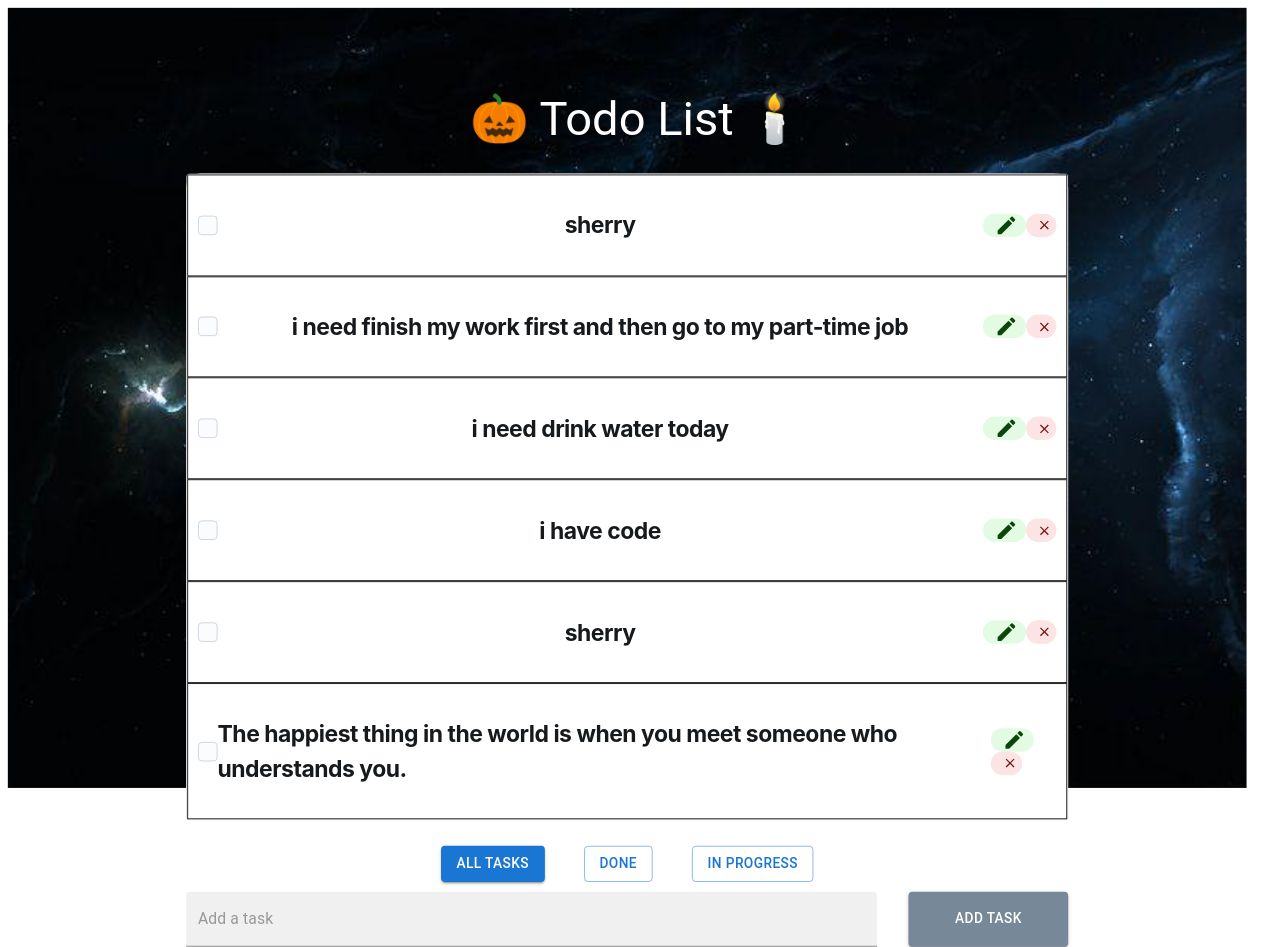
Repository: Tracy-maker/TodoList
Page: /
These files come from the project's save history. The page is drawn as it stood at one moment and after the next save; the edit follows.
The browser window is 1280 px wide. The page is 1292 px wide, so the pictures cover 1292 px, including what lies to the right of the window. The pictures show the whole page, at 98% of full size.
The project was rebuilt for these pictures with package versions that can differ from the ones it lists, and the page was loaded fresh each time. Requests to the local data server were answered from the project's data file. Also part of the build but not shown: src/components/TaskEdit.js.

Above is the page before, as saved 2023-09-20 11:54:16.

### public/index.html
<!DOCTYPE html>
<html lang="en">
  <head>
    <meta charset="utf-8" />
    <link rel="icon" href="%PUBLIC_URL%/favicon.ico" />
    <meta name="viewport" content="width=device-width, initial-scale=1" />
    <meta name="theme-color" content="#000000" />
    <meta
      name="description"
      content="Web site created using create-react-app"
    />
    <link rel="apple-touch-icon" href="%PUBLIC_URL%/logo192.png" />
    <!--
      manifest.json provides metadata used when your web app is installed on a
      user's mobile device or desktop. See https://developers.google.com/web/fundamentals/web-app-manifest/
    -->
    <link rel="manifest" href="%PUBLIC_URL%/manifest.json" />
    <link href="https://fonts.googleapis.com/css2?family=Montserrat:wght@300;400;500&amp;display=swap" rel="stylesheet">
    <!--
      Notice the use of %PUBLIC_URL% in the tags above.
      It will be replaced with the URL of the `public` folder during the build.
      Only files inside the `public` folder can be referenced from the HTML.

      Unlike "/favicon.ico" or "favicon.ico", "%PUBLIC_URL%/favicon.ico" will
      work correctly both with client-side routing and a non-root public URL.
      Learn how to configure a non-root public URL by running `npm run build`.
    -->
    <title>React App</title>
  </head>
  <body>
    <noscript>You need to enable JavaScript to run this app.</noscript>
    <div id="root"></div>
    <!--
      This HTML file is a template.
      If you open it directly in the browser, you will see an empty page.

      You can add webfonts, meta tags, or analytics to this file.
      The build step will place the bundled scripts into the <body> tag.

      To begin the development, run `npm start` or `yarn start`.
      To create a production bundle, use `npm run build` or `yarn build`.
    -->
  </body>
</html>

### src/App.js
import { useState, useEffect } from "react";
import axios from "axios";
import CreateTask from "./components/CreateTask";
import TaskList from "./components/TaskList";
import { Box, Stack } from "@mui/material";
import styled from "styled-components";
import Typography from "@mui/material/Typography";
import TaskButton from "./components/TaskButton";
import Image1 from "./image/7.jpg";

const StyledContainer = styled(Stack)`
  height: 100vh;
  width: 100%;
  display: flex;
  align-items: stretch;
  padding-top: 6%;
  background-image: url(${Image1});
  background-size: cover;
  background-repeat: no-repeat;
`;

const TaskForm = styled(Box)`
  margin-left: auto;
  margin-right: auto;
  width: 900px;
  background-color: white;
  border-radius: 15px;
  @media (max-width: 768px) {
    width: 100%;
  }
`;
const Title = styled(Typography)`
  color: white;
  margin: auto;
  width: 100%;
  padding: 10px;
  text-align: center;
`;

function App() {
  const [tasks, setTasks] = useState([]);
  const [filter, setFilter] = useState("all");

  const fetchTask = async () => {
    const response = await axios.get("http://localhost:3001/tasks");
    setTasks(response.data);
  };

  useEffect(() => {
    fetchTask();
  }, []);

  const createTask = async (title) => {
    const response = await axios.post("http://localhost:3001/tasks", {
      title,
      status: "inProgress",
    });
    const updatedTasks = [...tasks, response.data];
    setTasks(updatedTasks);
  };

  const deleteTasksById = async (id) => {
    await axios.delete(`http://localhost:3001/tasks/${id}`);
    const updatedTasks = tasks.filter((task) => {
      return task.id !== id;
    });
    setTasks(updatedTasks);
  };

  const editTaskById = async (id, newTitle) => {
    const response = await axios.put(`http://localhost:3001/tasks/${id}`, {
      title: newTitle,
    });

    const updatedTasks = tasks.map((task) => {
      if (task.id === id) {
        return {
          ...task,
          ...response.data,
        };
      }
      return tasks;
    });
    setTasks(updatedTasks);
  };

  const handleFilterTasks = (filter) => {
    setFilter(filter);
  };

  let filteredTasks = tasks;
  if (filter !== "all") {
    filteredTasks = tasks.filter((task) => task.status === filter);
  }

  const toggleCheckedBoxById = (id) => {
    const updatedTasks = tasks.map((task) => {
      if (task.id === id) {
        let nextStatus;
        if (task.status === "done") {
          nextStatus = "inProgress";
        } else {
          nextStatus = "done";
        }
        return {
          ...task,
          status: nextStatus,
        };
      }
      return task;
    });
    setTasks(updatedTasks);
  };

  return (
    <StyledContainer>
      <Title variant="h3" gutterBottom>
      🎃 Todo List 🕯️
      </Title>
      <TaskForm>
        <TaskList
          toggleCheckedBoxById={toggleCheckedBoxById}
          tasks={filteredTasks}
          onDelete={deleteTasksById}
          onEdit={editTaskById}
        />
        <TaskButton defaultValue={filter} onFilterChange={handleFilterTasks} />
        <CreateTask onCreate={createTask} />
      </TaskForm>
    </StyledContainer>
  );
}
export default App;

### src/components/CreateTask.js
import * as React from "react";
import Stack from "@mui/material/Stack";
import TextField from "@mui/material/TextField";
import Button from "@mui/material/Button";
import { useState } from "react";


function CreateTask(props) {
  const [title, setTitle] = useState("");

  const handleChange = (event) => {
    setTitle(event.target.value);
  };

  const handleSubmit = (event) => {
    event.preventDefault();
    if (title.trim() !== "") {
      props.onCreate(title);
      setTitle("");
    }
  };

  return (
    <Stack onSubmit={handleSubmit} component="form" direction="row" spacing={4}>
      <TextField
        value={title}
        onChange={handleChange}
        fullWidth
        hiddenLabel
        placeholder="Add a task"
        variant="filled"
      />
      <Button
        sx={{
          width: "25ch",
          backgroundColor: "#778899",
        }}
        type="submit"
        variant="contained"
      >
        Add Task
      </Button>
    </Stack>
  );
}

export default CreateTask;

### src/components/TaskList.js
import * as React from "react";
import { Paper, Box } from "@mui/material";
import TaskShow from "./TaskShow";



function TaskList(props) {

  const renderedTasksList = props.tasks.map((task) => {
    return (
      <TaskShow
        key={task.id}
        task={task}
        onDelete={props.onDelete}
        onEdit={props.onEdit}
        toggleCheckedBoxById={props.toggleCheckedBoxById}
      />
    );
  });

  return (
    <Box mb={2}>
      <Paper variant="outlined">{renderedTasksList}</Paper>
    </Box>
  );
}
export default TaskList;

### src/components/TaskButton.js
import * as React from "react";
import { Box, Button } from "@mui/material";
import styled from "styled-components";

const ButtonNavigationBar = styled(Box)`
  display: flex;
  justify-content: center;
  gap: 40px;
  padding: 10px;
`;

function TaskButton(props) {
  return (
    <ButtonNavigationBar>
      <Button
        variant={props.defaultValue === "all" ? "contained" : "outlined"}
        onClick={() => props.onFilterChange("all")}
      >
        All Tasks
      </Button>
      <Button
        variant={props.defaultValue === "done" ? "contained" : "outlined"}
        onClick={() => props.onFilterChange("done")}
      >
        Done
      </Button>
      <Button
        variant={props.defaultValue === "inProgress" ? "contained" : "outlined"}
        onClick={() => props.onFilterChange("inProgress")}
      >
        In Progress
      </Button>
    </ButtonNavigationBar>
  );
}
export default TaskButton;

### src/components/TaskShow.js
import * as React from "react";
import { useState } from "react";
import Typography from "@mui/joy/Typography";
import Checkbox from "@mui/joy/Checkbox";
import Chip from "@mui/joy/Chip";
import ChipDelete from "@mui/joy/ChipDelete";
import styled from "styled-components";
import { Box } from "@mui/material";
import EditIcon from "@mui/icons-material/Edit";
import TaskEdit from "./TaskEdit";

const TaskItem = styled(Box)`
  display: flex;
  justify-content: space-between;
  align-items: center;
  padding: 10px;
  border-style: solid;
  border-width: 1px;
`;

const Title = styled(Typography)`
  text-decoration: ${({ isDeleted }) => (isDeleted ? "line-through" : "none")};
`;

function TaskShow(props) {
  const [showEdit, setShowEdit] = useState(false);

  const handleEdit = () => {
    setShowEdit(!showEdit);
  };

  const handleSubmit = (id, newTitle) => {
    setShowEdit(false);
    props.onEdit(id, newTitle);
  };

  let content = <h3>{props.task.title}</h3>;
  if (showEdit) {
    content = <TaskEdit onSubmit={handleSubmit} task={props.task} />;
  }

  const handleDelete = () => {
    props.onDelete(props.task.id);
  };

  const handleCheckboxChange = () => {
    props.toggleCheckedBoxById(props.task.id);
  };

  return (
    <TaskItem>
      <Checkbox
        checked={props.task.status === "done"}
        onChange={handleCheckboxChange}
      />
      <Title isDeleted={props.task.status === "done"} level="h4">
        {content}
      </Title>
      <Box>
        <Chip
          variant="soft"
          color="success"
          onClick={handleEdit}
          endDecorator={<EditIcon />}
        />

        <Chip
          variant="soft"
          color="danger"
          endDecorator={<ChipDelete onClick={handleDelete} />}
        />
      </Box>
    </TaskItem>
  );
}

export default TaskShow;

### db.json
{
  "tasks": [
    {
      "title": "sherry",
      "status": "inProgress",
      "id": 1
    },
    {
      "title": "i need finish my work first and then go to my part-time job",
      "status": "inProgress",
      "id": 2
    },
    {
      "title": "i need drink water today",
      "status": "inProgress",
      "id": 3
    },
    {
      "title": "i have code",
      "status": "inProgress",
      "id": 4
    },
    {
      "title": "sherry",
      "status": "inProgress",
      "id": 5
    },
    {
      "title": "The happiest thing in the world is when you meet someone who understands you.",
      "status": "inProgress",
      "id": 6
    }
  ]
}

Loaded but not shown: src/index.js (common file)

After the next save:
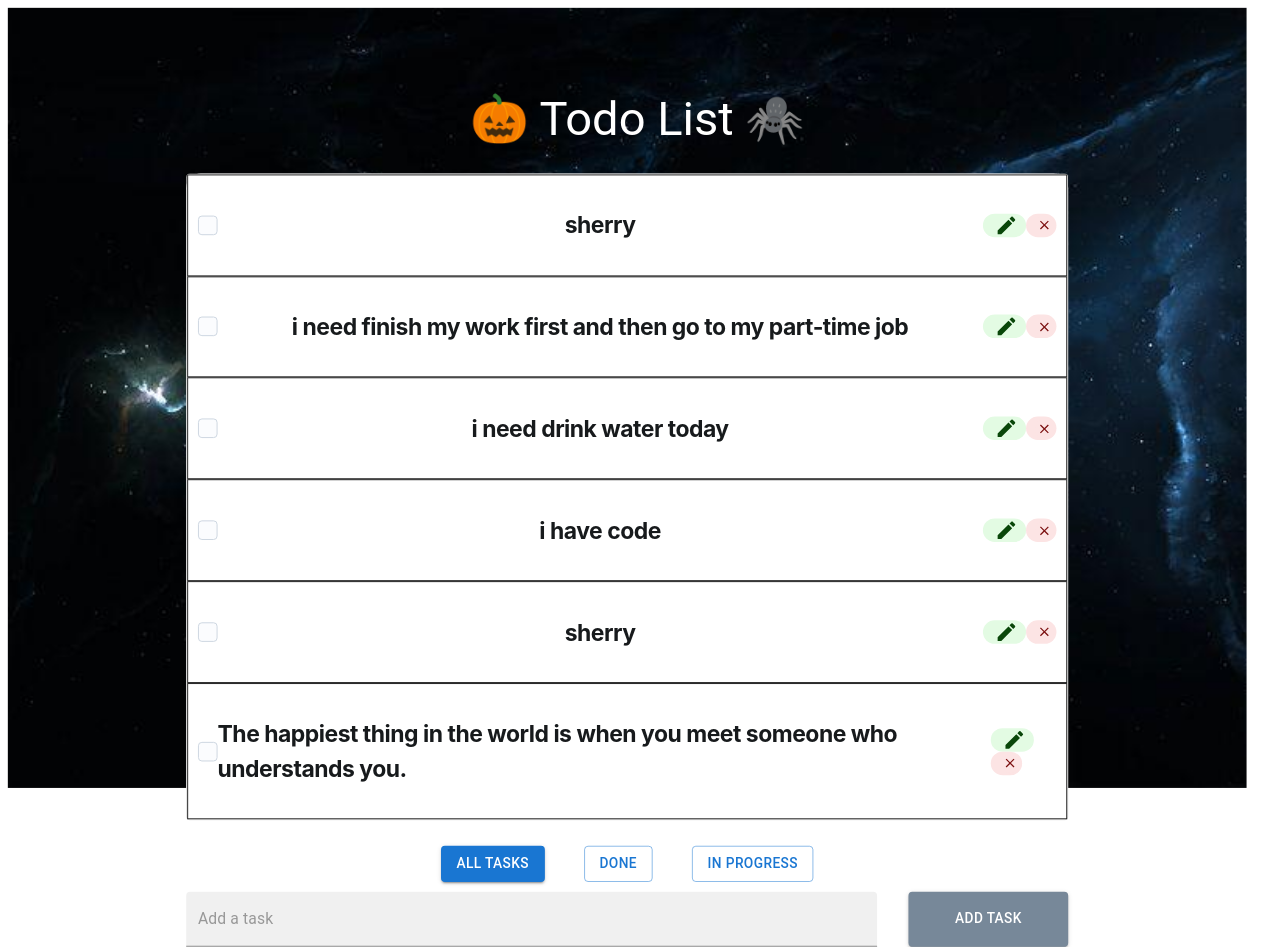
Saved 17 s later.
--- a/src/App.js
+++ b/src/App.js
@@ -115,7 +115,7 @@
   return (
     <StyledContainer>
       <Title variant="h3" gutterBottom>
-      🎃 Todo List 🕯️
+      🎃 Todo List 🕷️
       </Title>
       <TaskForm>
         <TaskList

After the 2 saves that followed:
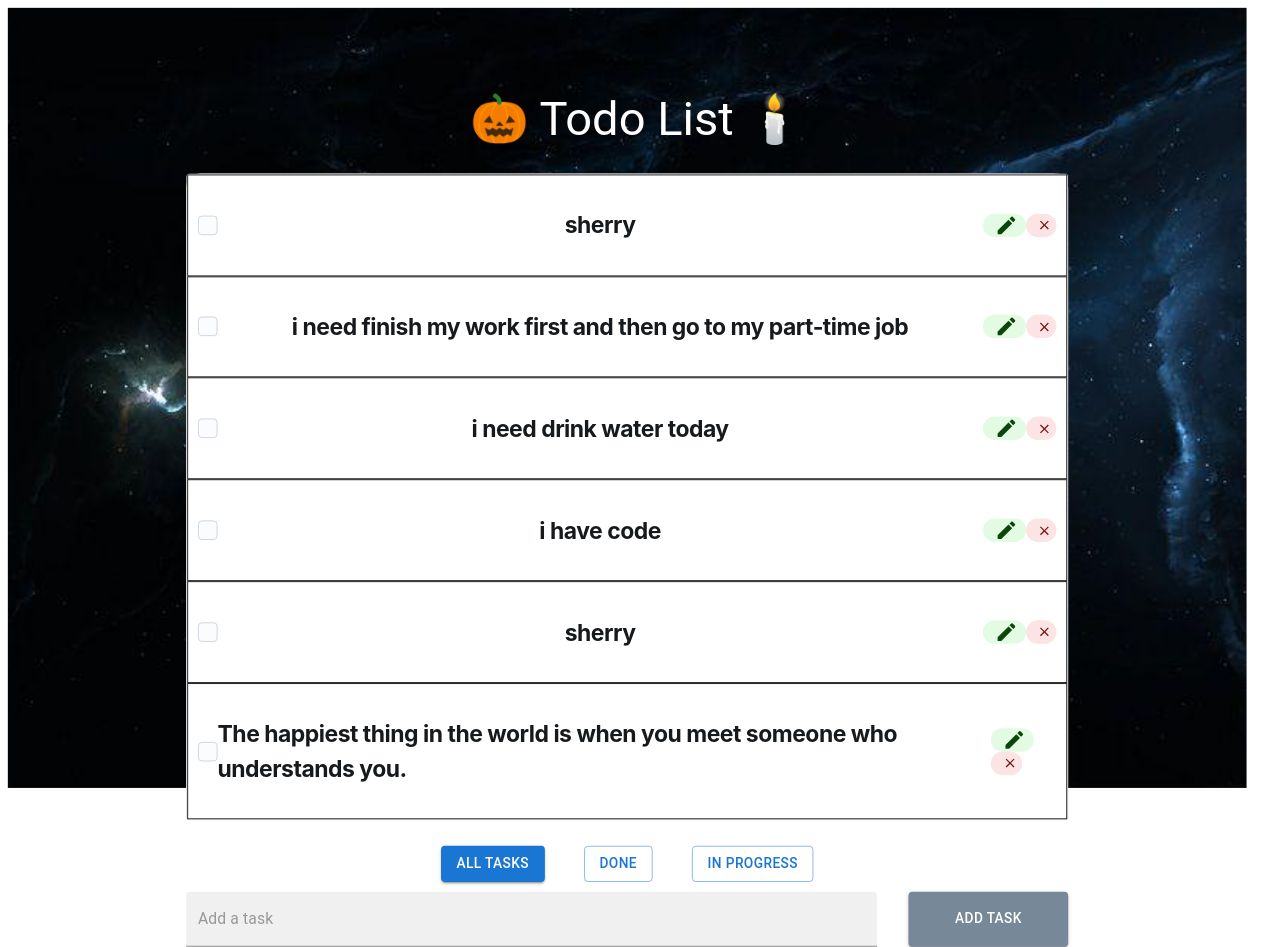
The 2 saves are shown as one change because they came seconds apart.
The last was saved 28 s later.
--- a/src/App.js
+++ b/src/App.js
@@ -115,7 +115,7 @@
   return (
     <StyledContainer>
       <Title variant="h3" gutterBottom>
-      🎃 Todo List 🕷️
+        🎃 Todo List 🕯️
       </Title>
       <TaskForm>
         <TaskList
